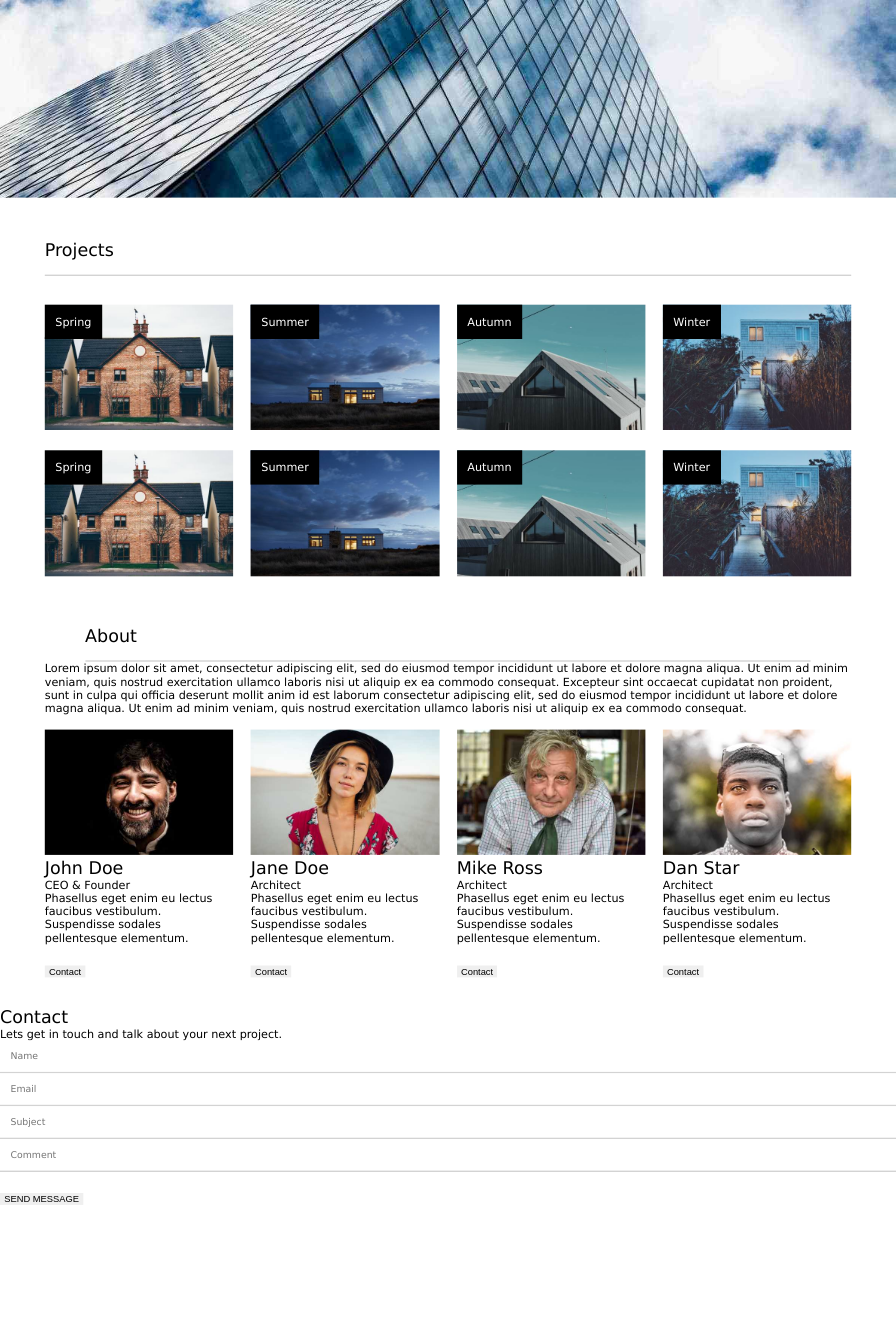
Repository: hesshess/clonecoding-assignment
Page: 2-ba-architects/template2.html
The author's editor kept a copy of each file at every save. The page is drawn from the files as they stood at one save, then again after the next save.
The browser window is 1280 px wide. The pictures show the part of the page from y = 365 to 2285 px (the page is 3100 px tall), at 70% of full size.

Above is the page before, as saved 2022-03-15 20:20:11.

### 2-ba-architects/template2.html
<!DOCTYPE html>
<html>
  <head>
    <title>이젠-풀스택-클론코딩2</title>
    <meta charset="UTF-8" />
    <meta name="viewport" content="width=device-width, initial-scale=1" />
    <link rel="stylesheet" href="template2.css" />
  </head>
  <body>
    <!-- Navbar (sit on top) -->
    <nav id="navbar">
      <div class="navbar__logo">
        <a href="#home" class="bar-item"><b>BR</b> Architects</a>
      </div>
      <!-- Right-sided navbar links. Hide them on small screens -->
      <div class="navbar__menu">
        <a href="#projects" class="bar-item">Projects</a>
        <a href="#about" class="bar-item">About</a>
        <a href="#contact" class="bar-item">Contact</a>
      </div>
    </nav>

    <header id="home">
      <img src="./img/architect.jpg" alt="Architect" style=/>
      <h1><span class="br">BR</span><span class="arc">Architects</span></h1>
    </header>

    <content>
      <!-- About Section -->
      <section id="projects">
        <div class="title-box">
          <h3>Projects</h3>
        </div>
        <div class="list-box">
          <div class="houses">
            <img src="./img/house2.jpg" alt="house" />
            <div class="house__name">Spring</div>
          </div>
          <div class="houses">
            <img src="./img/house3.jpg" alt="house" />
            <div class="house__name">Summer</div>
          </div>
          <div class="houses">
            <img src="./img/house4.jpg" alt="house" />
            <div class="house__name">Autumn</div>
          </div>
          <div class="houses">
            <img src="./img/house5.jpg" alt="house" />
            <div class="house__name">Winter</div>
          </div>
          <div class="houses">
            <img src="./img/house2.jpg" alt="house" />
            <div class="house__name">Spring</div>
          </div>
          <div class="houses">
            <img src="./img/house3.jpg" alt="house" />
            <div class="house__name">Summer</div>
          </div>
          <div class="houses">
            <img src="./img/house4.jpg" alt="house" />
            <div class="house__name">Autumn</div>
          </div>
          <div class="houses">
            <img src="./img/house5.jpg" alt="house" />
            <div class="house__name">Winter</div>
          </div>
        </div>
      </section>

      <!-- Menu Section -->
      <section id="about">
        <div class="title-box">
          <h3>About</h3>

          <p>
            Lorem ipsum dolor sit amet, consectetur adipiscing elit, sed do
            eiusmod tempor incididunt ut labore et dolore magna aliqua. Ut enim
            ad minim veniam, quis nostrud exercitation ullamco laboris nisi ut
            aliquip ex ea commodo consequat. Excepteur sint occaecat cupidatat
            non proident, sunt in culpa qui officia deserunt mollit anim id est
            laborum consectetur adipiscing elit, sed do eiusmod tempor
            incididunt ut labore et dolore magna aliqua. Ut enim ad minim
            veniam, quis nostrud exercitation ullamco laboris nisi ut aliquip ex
            ea commodo consequat.
          </p>
        </div>
        <div class="team-box">
          <div class="team-mem">
            <img src="./img/team2.jpg" alt="John" />
            <h3>John Doe</h3>
            <p>CEO & Founder</p>
            <p>
              Phasellus eget enim eu lectus faucibus vestibulum. Suspendisse
              sodales pellentesque elementum.
            </p>
            <p><button>Contact</button></p>
          </div>
          <div class="team-mem">
            <img src="./img/team1.jpg" alt="Jane" />
            <h3>Jane Doe</h3>
            <p>Architect</p>
            <p>
              Phasellus eget enim eu lectus faucibus vestibulum. Suspendisse
              sodales pellentesque elementum.
            </p>
            <p><button>Contact</button></p>
          </div>
          <div class="team-mem">
            <img src="./img/team3.jpg" alt="Mike" />
            <h3>Mike Ross</h3>
            <p>Architect</p>
            <p>
              Phasellus eget enim eu lectus faucibus vestibulum. Suspendisse
              sodales pellentesque elementum.
            </p>
            <p><button>Contact</button></p>
          </div>
          <div class="team-mem">
            <img src="./img/team4.jpg" alt="Dan" />
            <h3>Dan Star</h3>
            <p>Architect</p>
            <p>
              Phasellus eget enim eu lectus faucibus vestibulum. Suspendisse
              sodales pellentesque elementum.
            </p>
            <p><button>Contact</button></p>
          </div>
        </div>
      </section>

      <!-- Contact Section -->
      <section id="contact">
        <h3>Contact</h3>
        <p>Lets get in touch and talk about your next project.</p>
        <form>
          <input type="text" placeholder="Name" required name="Name" />
          <input type="text" placeholder="Email" required name="Email" />
          <input type="text" placeholder="Subject" required name="Subject" />
          <input type="text" placeholder="Comment" required name="Comment" />
          <button type="submit"><i></i> SEND MESSAGE</button>
        </form>
      </section>
      <section class="map">
        <img src="./img/map.jpg" />
      </section>

      <!-- End page content -->
    </content>
    <!-- Footer -->
    <footer>
      <p>
        Powered by
        <a
          href="https://www.w3schools.com/w3css/default.asp"
          title="W3.CSS"
          target="_blank"
          class="w3-hover-text-green"
          >w3.css</a
        >
      </p>
    </footer>
  </body>
</html>

### 2-ba-architects/template2.css
* {
  margin: 0;
  box-sizing: border-box;
}

body {
  width: 100%;
  height: 100%;
  font-family: Verdana, sans-serif;
}

h1 {
  font-size: 40px;
}
h2 {
  font-size: 30px;
}
h3 {
  font-size: 25px;
  font-weight: 100;
}
h4 {
  font-size: 20px;
}
h5 {
  font-size: 15px;
}
h6 {
  font-size: 10px;
}
img {
  max-width: 100%;
}

#navbar {
  width: 100%;
  height: 3%;
  background-color: white;
  display: flex;
  justify-content: space-between;
  align-items: center;
  position: fixed;
  letter-spacing: 5px;
  box-shadow: 0px 2px 6px grey;
  z-index: 3;
  padding: 30px;
}
.navbar__logo {
  padding: 0;
}
.navbar__menu {
  width: 26%;
  display: flex;
  justify-content: space-around;
  padding-right: 20px;
}
a {
  padding: 10px;
  text-decoration: none;
  color: black;
}
a:hover {
  background-color: lightgray;
  border-radius: 1px;
}

header {
  position: relative;
  display: block;
}
header > img {
  width: 100%;
  height: 90vh;
}
header span {
  padding: 10px 20px;
}
header span.br {
  padding: 10px 20px;
  background: black;
}

header h1 {
  position: absolute;
  top: 50%;
  left: 50%;
  transform: translate(-50%, -50%);
  color: white;
  opacity: 0.8;
}

input {
  border: none;
  width: 100%;
  padding: 15px;
  font-family: inherit;
  border-bottom: 2px solid lightgray;
}
button {
  border: none;
  margin: 30px 0;
}

footer {
  display: flex;
  width: 100%;
  height: 100px;
  justify-content: center;
  align-items: center;
  background: #f1f1f1;
}
section {
  height: 80vh;
  display: flex;
  flex-direction: column;
}
div.title-box {
  display: flex;
  align-items: center;
  width: 100vw;
  height: 20vh;
}
div.title-box h3 {
  margin: auto;
  width: 90%;
  padding: 20px 0;
  border-bottom: 2px solid lightgray;
}
div.list-box {
  margin: 5px auto;
  width: 90%;
  display: grid;
  gap: 25px;
  height: 50vh;
  grid-template:
    'box box box box' 1fr
    'box box box box' 1fr / 1fr 1fr 1fr 1fr;
  height: fit-content;
}

div.houses {
  position: relative;
}
div.house__name {
  position: absolute;
  top: 0;
  bottom: 0;
  padding: 15px;
  color: white;
  background-color: black;
  height: fit-content;
}

div.team-box {
  margin: auto;
  width: 90%;
  display: grid;
  gap: 25px;
  grid-template: 'box box box box' 1fr / 1fr 1fr 1fr 1fr;
}

#about > .title-box {
  display: block;
  width: 90%;
  margin: auto;
}

After the next save:
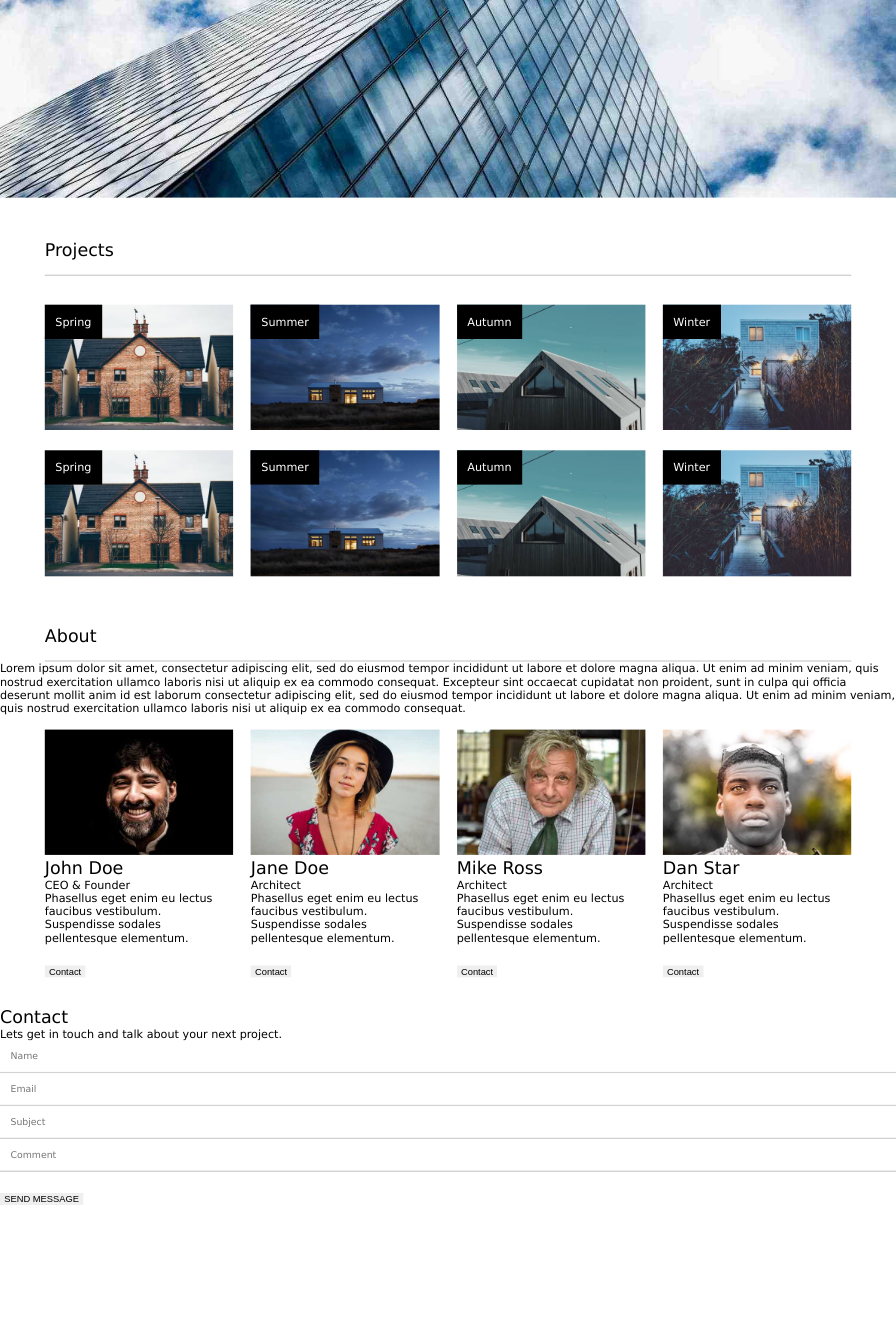
Saved 38 s later.
--- a/2-ba-architects/template2.css
+++ b/2-ba-architects/template2.css
@@ -161,6 +161,5 @@ div.team-box {
 
 #about > .title-box {
   display: block;
-  width: 90%;
   margin: auto;
 }
